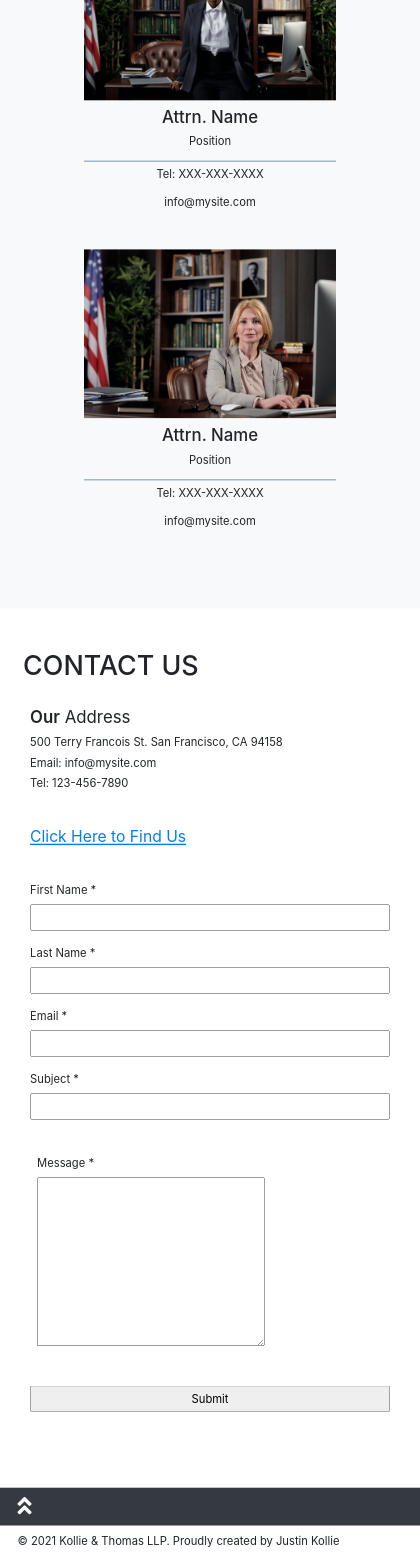
Repository: just-mann/kolllie-kolliellp
Page: index.html
These files come from the project's save history. The page is drawn as it stood at one moment and after the next save; the edit follows.
The browser window is 600 px wide. The pictures show the part of the page from y = 3825 to 6065 px (the page is 6065 px tall before and 6005 px after), at 70% of full size.

Above is the page before, as saved 2021-06-02 01:02:16.

After the next save:
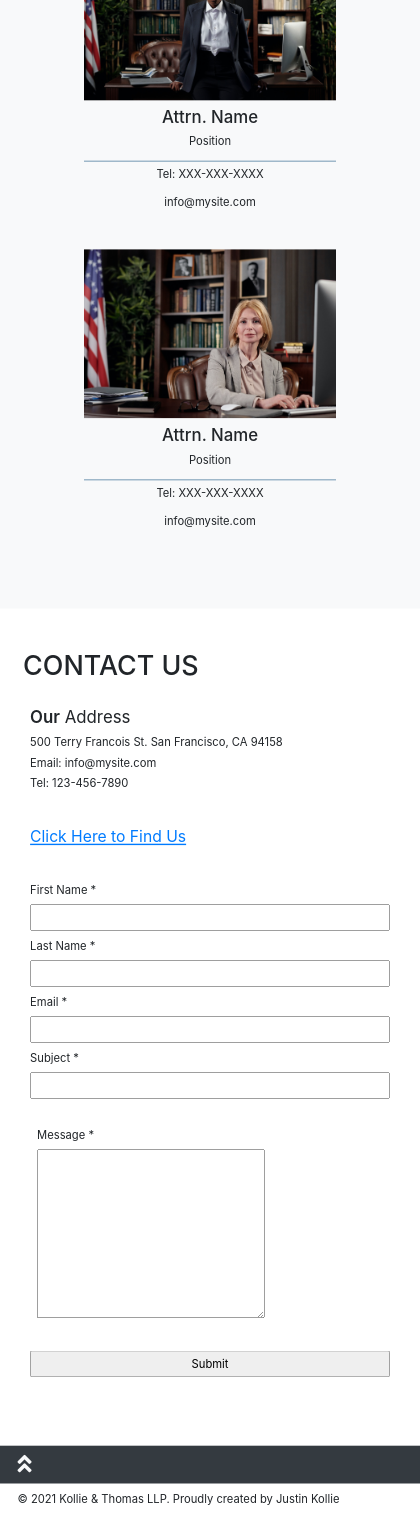
Saved 12 s later.
--- a/assets/css/style.css
+++ b/assets/css/style.css
@@ -223,7 +223,7 @@ body {
     }
 
     form div {
-        margin: 20px 0px
+        margin: 10px 0px
     }
 
     form div label, form div input {
